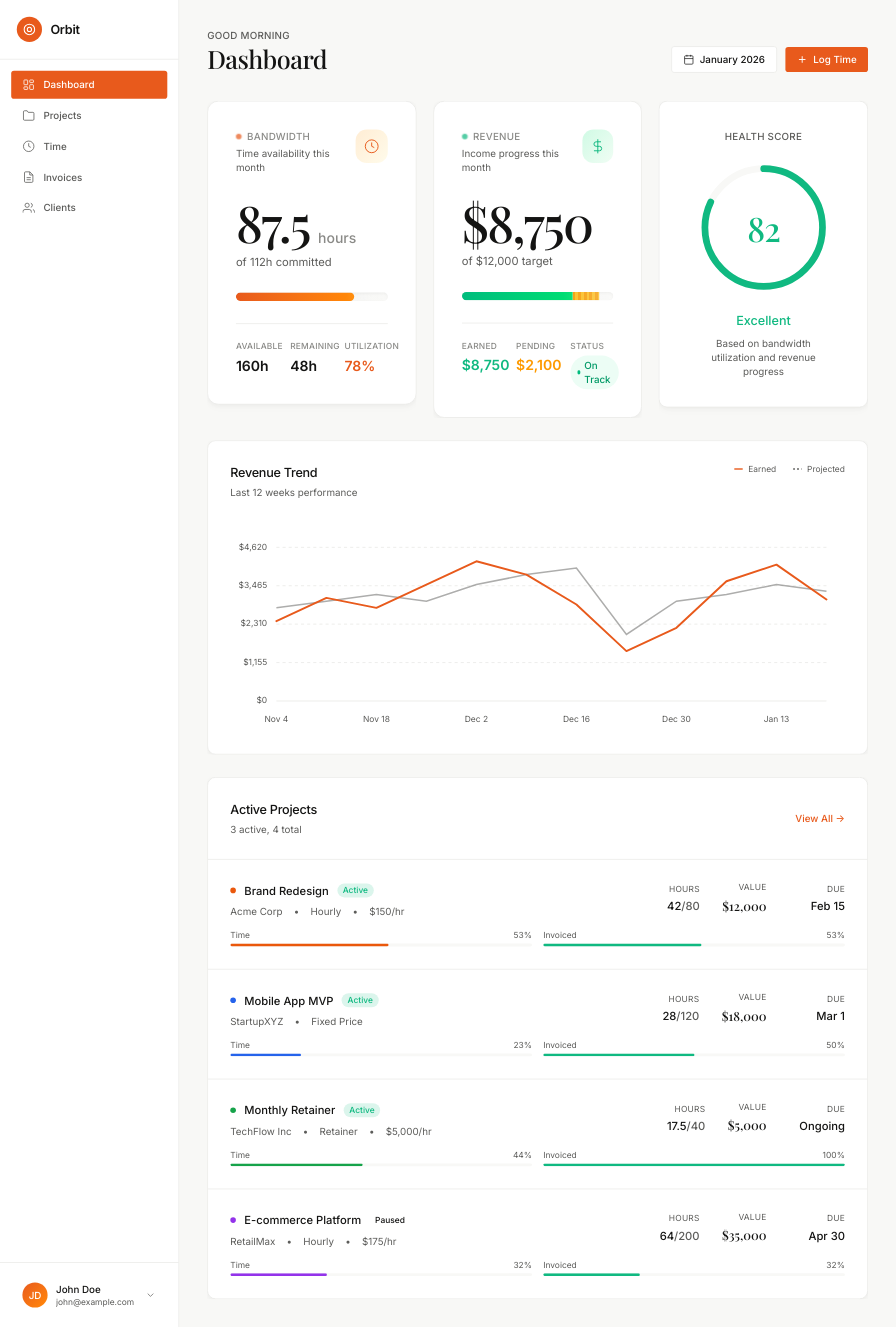
Repository: Zerraf-Badreddine/orbit
Page: /dashboard (app in frontend/)
The author's editor kept a copy of each file at every save. The page is drawn from the files as they stood at one save, then again after the next save.
The browser window is 1280 px wide. The pictures show the whole page, at 70% of full size.
Some web fonts or font styles are not loaded; a fallback is used. The project was rebuilt for these pictures with package versions that can differ from the ones it lists, and the page was loaded fresh each time. The framework's server and built-in components were replaced by stand-ins that run in the browser. Also part of the build but not shown: frontend/next.config.ts.

Above is the page before, as saved 2026-01-29 18:34:16.

### frontend/app/layout.tsx
import type { Metadata } from "next";
import { Inter, Playfair_Display } from "next/font/google";
import "./globals.css";
import { Providers } from "./providers";

const inter = Inter({
  subsets: ["latin"],
  variable: "--font-inter",
  display: "swap",
});

const playfair = Playfair_Display({
  subsets: ["latin"],
  variable: "--font-playfair",
  display: "swap",
});

export const metadata: Metadata = {
  title: "Orbit — Freelance Operating System",
  description: "Track your bandwidth and revenue with precision",
};

export default function RootLayout({
  children,
}: Readonly<{
  children: React.ReactNode;
}>) {
  return (
    <html lang="en" className={`${inter.variable} ${playfair.variable}`}>
      <body className="bg-[var(--color-bg-main)] text-[var(--color-text-primary)] antialiased">
        <Providers>
          {children}
        </Providers>
      </body>
    </html>
  );
}

### frontend/app/dashboard/page.tsx
"use client";

import { useQuery } from "@tanstack/react-query";
import { AnimatedReveal, StaggerReveal } from "@/components/AnimatedReveal";
import { BandwidthCard } from "@/components/BandwidthCard";
import { RevenueCard } from "@/components/RevenueCard";
import { HealthScore } from "@/components/HealthScore";
import { ProjectList } from "@/components/ProjectList";
import { RevenueChart } from "@/components/RevenueChart";
import {
  fetchDashboardSummary,
  fetchProjects,
  fetchRevenueChart,
} from "@/lib/mockData";

export default function DashboardPage() {
  const { data: summary, isLoading: summaryLoading } = useQuery({
    queryKey: ["dashboard-summary"],
    queryFn: fetchDashboardSummary,
  });

  const { data: projects, isLoading: projectsLoading } = useQuery({
    queryKey: ["projects"],
    queryFn: fetchProjects,
  });

  const { data: chartData, isLoading: chartLoading } = useQuery({
    queryKey: ["revenue-chart"],
    queryFn: fetchRevenueChart,
  });

  if (summaryLoading || projectsLoading || chartLoading) {
    return (
      <div className="h-full flex items-center justify-center">
        <div className="flex flex-col items-center gap-4">
          <div className="w-8 h-8 border-2 border-[var(--color-accent-primary)] border-t-transparent rounded-full animate-spin" />
          <p className="text-[var(--color-text-secondary)] text-sm">Loading...</p>
        </div>
      </div>
    );
  }

  if (!summary || !projects || !chartData) return null;

  const greeting = getGreeting();
  function getGreeting(): string {
    const hour = new Date().getHours();
    if (hour < 12) return "Good morning";
    if (hour < 18) return "Good afternoon";
    return "Good evening";
  }

  return (
    <div className="p-6 lg:p-10">
      {/* Header */}
      <AnimatedReveal delay={0}>
        <header className="mb-10">
          <p className="text-[var(--color-text-secondary)] text-sm font-medium tracking-wide uppercase mb-1">
            {greeting}
          </p>
          <div className="flex flex-col lg:flex-row lg:items-end lg:justify-between gap-4">
            <h1 className="text-3xl lg:text-4xl font-serif tracking-tight">
              Dashboard
            </h1>
            <div className="flex items-center gap-3">
              <button className="flex items-center gap-2 px-4 py-2 bg-[var(--color-bg-surface)] border border-[var(--color-border-subtle)] rounded text-sm font-medium hover:border-[var(--color-text-secondary)] transition-colors">
                <svg width="16" height="16" viewBox="0 0 24 24" fill="none" stroke="currentColor" strokeWidth="1.5">
                  <rect x="3" y="4" width="18" height="18" rx="2" ry="2" />
                  <line x1="16" y1="2" x2="16" y2="6" />
                  <line x1="8" y1="2" x2="8" y2="6" />
                  <line x1="3" y1="10" x2="21" y2="10" />
                </svg>
                {summary.period.label}
              </button>
              <button className="flex items-center gap-2 px-4 py-2 bg-[var(--color-accent-primary)] text-white rounded text-sm font-medium hover:bg-[var(--color-accent-hover)] transition-colors">
                <svg width="16" height="16" viewBox="0 0 24 24" fill="none" stroke="currentColor" strokeWidth="2">
                  <line x1="12" y1="5" x2="12" y2="19" />
                  <line x1="5" y1="12" x2="19" y2="12" />
                </svg>
                Log Time
              </button>
            </div>
          </div>
        </header>
      </AnimatedReveal>

      {/* Summary Cards */}
      <div className="grid grid-cols-1 lg:grid-cols-3 gap-6 mb-8">
        <AnimatedReveal delay={0.1}>
          <BandwidthCard
            hoursAvailable={summary.bandwidth.hoursAvailable}
            hoursCommitted={summary.bandwidth.hoursCommitted}
            hoursLogged={summary.bandwidth.hoursLogged}
            utilizationPercentage={summary.bandwidth.utilizationPercentage}
          />
        </AnimatedReveal>
        <AnimatedReveal delay={0.2}>
          <RevenueCard
            targetAmount={summary.revenue.targetAmount}
            earnedAmount={summary.revenue.earnedAmount}
            pendingAmount={summary.revenue.pendingAmount}
            currency={summary.revenue.currency}
          />
        </AnimatedReveal>
        <AnimatedReveal delay={0.3}>
          <HealthScore score={summary.healthScore} />
        </AnimatedReveal>
      </div>

      {/* Revenue Chart */}
      <AnimatedReveal delay={0.4} className="mb-8">
        <RevenueChart data={chartData} />
      </AnimatedReveal>

      {/* Projects List */}
      <AnimatedReveal delay={0.5}>
        <StaggerReveal stagger={0.08} baseDelay={0.6}>
          <ProjectList projects={projects} />
        </StaggerReveal>
      </AnimatedReveal>
    </div>
  );
}

### frontend/app/providers.tsx
"use client";

import { QueryClient, QueryClientProvider } from "@tanstack/react-query";
import { useState } from "react";

export function Providers({ children }: { children: React.ReactNode }) {
  const [queryClient] = useState(
    () =>
      new QueryClient({
        defaultOptions: {
          queries: {
            staleTime: 60 * 1000,
            refetchOnWindowFocus: false,
          },
        },
      })
  );

  return (
    <QueryClientProvider client={queryClient}>{children}</QueryClientProvider>
  );
}

### frontend/components/AnimatedReveal.tsx
"use client";

import { useEffect, useRef, ReactNode } from "react";
import gsap from "gsap";

interface AnimatedRevealProps {
  children: ReactNode;
  delay?: number;
  duration?: number;
  y?: number;
  className?: string;
}

export function AnimatedReveal({
  children,
  delay = 0,
  duration = 0.8,
  y = 60,
  className = "",
}: AnimatedRevealProps) {
  const containerRef = useRef<HTMLDivElement>(null);
  const contentRef = useRef<HTMLDivElement>(null);

  useEffect(() => {
    if (!containerRef.current || !contentRef.current) return;

    gsap.fromTo(
      contentRef.current,
      {
        y: y,
        opacity: 0,
      },
      {
        y: 0,
        opacity: 1,
        duration: duration,
        delay: delay,
        ease: "power3.out",
      }
    );
  }, [delay, duration, y]);

  return (
    <div ref={containerRef} className={`overflow-hidden ${className}`}>
      <div ref={contentRef} style={{ opacity: 0 }}>
        {children}
      </div>
    </div>
  );
}

interface StaggerRevealProps {
  children: ReactNode[];
  stagger?: number;
  baseDelay?: number;
  className?: string;
}

export function StaggerReveal({
  children,
  stagger = 0.1,
  baseDelay = 0.2,
  className = "",
}: StaggerRevealProps) {
  const containerRef = useRef<HTMLDivElement>(null);

  useEffect(() => {
    if (!containerRef.current) return;

    const items = containerRef.current.querySelectorAll(".stagger-item");

    gsap.fromTo(
      items,
      {
        y: 40,
        opacity: 0,
      },
      {
        y: 0,
        opacity: 1,
        duration: 0.6,
        stagger: stagger,
        delay: baseDelay,
        ease: "power3.out",
      }
    );
  }, [stagger, baseDelay]);

  return (
    <div ref={containerRef} className={className}>
      {children}
    </div>
  );
}

### frontend/components/HealthScore.tsx
"use client";

import { useEffect, useRef } from "react";
import gsap from "gsap";

interface HealthScoreProps {
  score: number;
}

export function HealthScore({ score }: HealthScoreProps) {
  const circleRef = useRef<SVGCircleElement>(null);
  const numberRef = useRef<HTMLSpanElement>(null);

  const radius = 70;
  const circumference = 2 * Math.PI * radius;
  const strokeDashoffset = circumference - (score / 100) * circumference;

  // Determine color based on score
  const getScoreColor = () => {
    if (score >= 80) return "var(--color-success)";
    if (score >= 60) return "var(--color-warning)";
    return "var(--color-accent-primary)";
  };

  const getScoreLabel = () => {
    if (score >= 80) return "Excellent";
    if (score >= 60) return "Good";
    if (score >= 40) return "Needs Attention";
    return "Critical";
  };

  useEffect(() => {
    if (!circleRef.current || !numberRef.current) return;

    // Animate circle drawing
    gsap.fromTo(
      circleRef.current,
      { strokeDashoffset: circumference },
      {
        strokeDashoffset: strokeDashoffset,
        duration: 1.5,
        delay: 0.5,
        ease: "power3.out",
      }
    );

    // Animate number counting
    gsap.fromTo(
      { value: 0 },
      { value: score },
      {
        duration: 1.5,
        delay: 0.5,
        ease: "power3.out",
        onUpdate: function () {
          if (numberRef.current) {
            numberRef.current.textContent = Math.round(this.targets()[0].value).toString();
          }
        },
      }
    );
  }, [score, circumference, strokeDashoffset]);

  return (
    <div className="card p-8 lg:p-10 flex flex-col items-center justify-center text-center">
      <p className="text-[var(--color-text-secondary)] text-sm font-medium tracking-wide uppercase mb-6">
        Health Score
      </p>

      {/* Circular Progress */}
      <div className="relative w-48 h-48 mb-6">
        <svg
          className="w-full h-full transform -rotate-90"
          viewBox="0 0 160 160"
        >
          {/* Background circle */}
          <circle
            cx="80"
            cy="80"
            r={radius}
            fill="none"
            stroke="var(--color-bg-main)"
            strokeWidth="8"
          />
          {/* Progress circle */}
          <circle
            ref={circleRef}
            cx="80"
            cy="80"
            r={radius}
            fill="none"
            stroke={getScoreColor()}
            strokeWidth="8"
            strokeLinecap="round"
            strokeDasharray={circumference}
            strokeDashoffset={circumference}
          />
        </svg>

        {/* Center content */}
        <div className="absolute inset-0 flex flex-col items-center justify-center">
          <span
            ref={numberRef}
            className="font-serif text-5xl tracking-tighter"
            style={{ color: getScoreColor() }}
          >
            0
          </span>
        </div>
      </div>

      <p
        className="text-lg font-medium"
        style={{ color: getScoreColor() }}
      >
        {getScoreLabel()}
      </p>
      <p className="text-[var(--color-text-secondary)] text-sm mt-2 max-w-[200px]">
        Based on bandwidth utilization and revenue progress
      </p>
    </div>
  );
}

### frontend/lib/mockData.ts
// Mock data for Orbit Dashboard

export interface DashboardSummary {
  period: {
    start: string;
    end: string;
    label: string;
  };
  bandwidth: {
    hoursAvailable: number;
    hoursCommitted: number;
    hoursLogged: number;
    utilizationPercentage: number;
  };
  revenue: {
    targetAmount: number;
    earnedAmount: number;
    pendingAmount: number;
    currency: string;
  };
  healthScore: number;
}

export interface Project {
  id: string;
  name: string;
  client: {
    id: string;
    name: string;
    avatarUrl?: string;
  };
  status: "active" | "completed" | "paused" | "archived";
  billingType: "hourly" | "fixed" | "retainer";
  rate: number;
  currency: string;
  hoursLogged: number;
  hoursEstimated: number;
  deadline: string | null;
  totalValue: number;
  invoicedAmount: number;
  color: string;
}

export interface RevenueDataPoint {
  date: string;
  earned: number;
  projected: number;
}

// Dashboard Summary Mock
export const dashboardSummary: DashboardSummary = {
  period: {
    start: "2026-01-01",
    end: "2026-01-31",
    label: "January 2026",
  },
  bandwidth: {
    hoursAvailable: 160,
    hoursCommitted: 112,
    hoursLogged: 87.5,
    utilizationPercentage: 78.125,
  },
  revenue: {
    targetAmount: 12000.0,
    earnedAmount: 8750.0,
    pendingAmount: 2100.0,
    currency: "USD",
  },
  healthScore: 82,
};

// Projects Mock
export const projects: Project[] = [
  {
    id: "proj_a1b2c3d4",
    name: "Brand Redesign",
    client: {
      id: "cli_x1y2z3",
      name: "Acme Corp",
    },
    status: "active",
    billingType: "hourly",
    rate: 150.0,
    currency: "USD",
    hoursLogged: 42,
    hoursEstimated: 80,
    deadline: "2026-02-15",
    totalValue: 12000,
    invoicedAmount: 6300,
    color: "#EA580C",
  },
  {
    id: "proj_e5f6g7h8",
    name: "Mobile App MVP",
    client: {
      id: "cli_a4b5c6",
      name: "StartupXYZ",
    },
    status: "active",
    billingType: "fixed",
    rate: 0,
    currency: "USD",
    hoursLogged: 28,
    hoursEstimated: 120,
    deadline: "2026-03-01",
    totalValue: 18000,
    invoicedAmount: 9000,
    color: "#2563EB",
  },
  {
    id: "proj_i9j0k1l2",
    name: "Monthly Retainer",
    client: {
      id: "cli_d7e8f9",
      name: "TechFlow Inc",
    },
    status: "active",
    billingType: "retainer",
    rate: 5000,
    currency: "USD",
    hoursLogged: 17.5,
    hoursEstimated: 40,
    deadline: null,
    totalValue: 5000,
    invoicedAmount: 5000,
    color: "#16A34A",
  },
  {
    id: "proj_m3n4o5p6",
    name: "E-commerce Platform",
    client: {
      id: "cli_g1h2i3",
      name: "RetailMax",
    },
    status: "paused",
    billingType: "hourly",
    rate: 175.0,
    currency: "USD",
    hoursLogged: 64,
    hoursEstimated: 200,
    deadline: "2026-04-30",
    totalValue: 35000,
    invoicedAmount: 11200,
    color: "#9333EA",
  },
];

// Revenue Chart Data (Last 12 weeks)
export const revenueChartData: RevenueDataPoint[] = [
  { date: "Nov 4", earned: 2400, projected: 2800 },
  { date: "Nov 11", earned: 3100, projected: 3000 },
  { date: "Nov 18", earned: 2800, projected: 3200 },
  { date: "Nov 25", earned: 3500, projected: 3000 },
  { date: "Dec 2", earned: 4200, projected: 3500 },
  { date: "Dec 9", earned: 3800, projected: 3800 },
  { date: "Dec 16", earned: 2900, projected: 4000 },
  { date: "Dec 23", earned: 1500, projected: 2000 },
  { date: "Dec 30", earned: 2200, projected: 3000 },
  { date: "Jan 6", earned: 3600, projected: 3200 },
  { date: "Jan 13", earned: 4100, projected: 3500 },
  { date: "Jan 20", earned: 3050, projected: 3300 },
];

// API simulation functions
export const fetchDashboardSummary = async (): Promise<DashboardSummary> => {
  await new Promise((resolve) => setTimeout(resolve, 300));
  return dashboardSummary;
};

export const fetchProjects = async (): Promise<Project[]> => {
  await new Promise((resolve) => setTimeout(resolve, 400));
  return projects;
};

export const fetchRevenueChart = async (): Promise<RevenueDataPoint[]> => {
  await new Promise((resolve) => setTimeout(resolve, 350));
  return revenueChartData;
};

Loaded but not shown: frontend/app/globals.css (475 lines, source omitted); frontend/components/ProjectList.tsx (186 lines, source omitted); frontend/components/RevenueChart.tsx (221 lines, source omitted); frontend/app/dashboard/layout.tsx (167 lines, source omitted); frontend/components/RevenueCard.tsx (163 lines, source omitted); frontend/components/BandwidthCard.tsx (126 lines, source omitted)

After the next save:
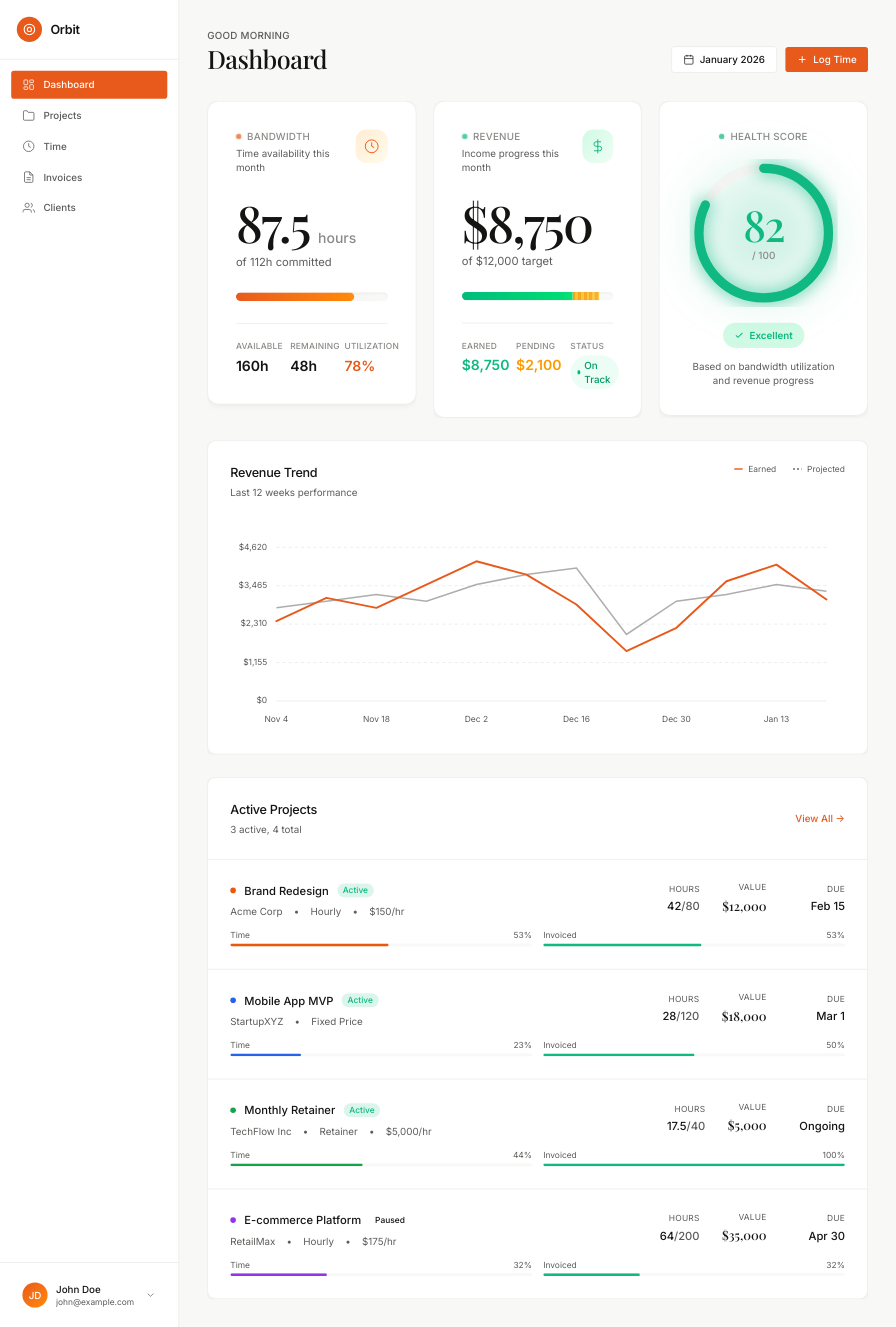
Saved 2 s later.
--- a/frontend/components/HealthScore.tsx
+++ b/frontend/components/HealthScore.tsx
@@ -9,17 +9,18 @@ interface HealthScoreProps {
 
 export function HealthScore({ score }: HealthScoreProps) {
   const circleRef = useRef<SVGCircleElement>(null);
+  const glowRef = useRef<SVGCircleElement>(null);
   const numberRef = useRef<HTMLSpanElement>(null);
+  const containerRef = useRef<HTMLDivElement>(null);
 
   const radius = 70;
   const circumference = 2 * Math.PI * radius;
   const strokeDashoffset = circumference - (score / 100) * circumference;
 
-  // Determine color based on score
   const getScoreColor = () => {
-    if (score >= 80) return "var(--color-success)";
-    if (score >= 60) return "var(--color-warning)";
-    return "var(--color-accent-primary)";
+    if (score >= 80) return { main: "#10B981", light: "#D1FAE5", gradient: "from-emerald-500 to-green-400" };
+    if (score >= 60) return { main: "#F59E0B", light: "#FEF3C7", gradient: "from-amber-500 to-yellow-400" };
+    return { main: "#EF4444", light: "#FEE2E2", gradient: "from-red-500 to-orange-400" };
   };
 
   const getScoreLabel = () => {
@@ -28,6 +29,8 @@ export function HealthScore({ score }: HealthScoreProps) {
     if (score >= 40) return "Needs Attention";
     return "Critical";
   };
+
+  const colors = getScoreColor();
 
   useEffect(() => {
     if (!circleRef.current || !numberRef.current) return;
@@ -38,19 +41,34 @@ export function HealthScore({ score }: HealthScoreProps) {
       { strokeDashoffset: circumference },
       {
         strokeDashoffset: strokeDashoffset,
-        duration: 1.5,
-        delay: 0.5,
+        duration: 1.8,
+        delay: 0.4,
         ease: "power3.out",
       }
     );
+
+    // Animate glow
+    if (glowRef.current) {
+      gsap.fromTo(
+        glowRef.current,
+        { strokeDashoffset: circumference, opacity: 0 },
+        {
+          strokeDashoffset: strokeDashoffset,
+          opacity: 0.5,
+          duration: 1.8,
+          delay: 0.4,
+          ease: "power3.out",
+        }
+      );
+    }
 
     // Animate number counting
     gsap.fromTo(
       { value: 0 },
       { value: score },
       {
-        duration: 1.5,
-        delay: 0.5,
+        duration: 1.8,
+        delay: 0.4,
         ease: "power3.out",
         onUpdate: function () {
           if (numberRef.current) {
@@ -59,28 +77,63 @@ export function HealthScore({ score }: HealthScoreProps) {
         },
       }
     );
+
+    // Subtle pulse animation on the container
+    gsap.to(containerRef.current, {
+      scale: 1.02,
+      duration: 2,
+      repeat: -1,
+      yoyo: true,
+      ease: "sine.inOut"
+    });
   }, [score, circumference, strokeDashoffset]);
 
   return (
-    <div className="card p-8 lg:p-10 flex flex-col items-center justify-center text-center">
-      <p className="text-[var(--color-text-secondary)] text-sm font-medium tracking-wide uppercase mb-6">
-        Health Score
-      </p>
+    <div className="group relative overflow-hidden rounded-2xl bg-white border border-[var(--color-border-subtle)] p-8 lg:p-10 shadow-[var(--shadow-card)] hover:shadow-[var(--shadow-card-hover)] transition-all duration-300 flex flex-col items-center justify-center text-center">
+      {/* Gradient overlay on hover */}
+      <div className={`absolute inset-0 bg-gradient-to-br ${colors.gradient} opacity-0 group-hover:opacity-5 transition-opacity duration-500`} />
+
+      {/* Header */}
+      <div className="relative mb-6">
+        <div className="flex items-center gap-2 justify-center">
+          <div className="w-2 h-2 rounded-full animate-pulse" style={{ backgroundColor: colors.main }} />
+          <p className="text-[var(--color-text-muted)] text-sm font-medium tracking-wide uppercase">
+            Health Score
+          </p>
+        </div>
+      </div>
 
       {/* Circular Progress */}
-      <div className="relative w-48 h-48 mb-6">
-        <svg
-          className="w-full h-full transform -rotate-90"
-          viewBox="0 0 160 160"
-        >
+      <div ref={containerRef} className="relative w-52 h-52 mb-6">
+        {/* Background glow */}
+        <div
+          className="absolute inset-4 rounded-full blur-2xl opacity-20"
+          style={{ backgroundColor: colors.main }}
+        />
+
+        <svg className="w-full h-full transform -rotate-90" viewBox="0 0 160 160">
           {/* Background circle */}
           <circle
             cx="80"
             cy="80"
             r={radius}
             fill="none"
-            stroke="var(--color-bg-main)"
-            strokeWidth="8"
+            stroke="var(--color-bg-muted)"
+            strokeWidth="10"
+          />
+          {/* Glow circle */}
+          <circle
+            ref={glowRef}
+            cx="80"
+            cy="80"
+            r={radius}
+            fill="none"
+            stroke={colors.main}
+            strokeWidth="16"
+            strokeLinecap="round"
+            strokeDasharray={circumference}
+            strokeDashoffset={circumference}
+            filter="blur(8px)"
           />
           {/* Progress circle */}
           <circle
@@ -89,8 +142,8 @@ export function HealthScore({ score }: HealthScoreProps) {
             cy="80"
             r={radius}
             fill="none"
-            stroke={getScoreColor()}
-            strokeWidth="8"
+            stroke={colors.main}
+            strokeWidth="10"
             strokeLinecap="round"
             strokeDasharray={circumference}
             strokeDashoffset={circumference}
@@ -101,21 +154,33 @@ export function HealthScore({ score }: HealthScoreProps) {
         <div className="absolute inset-0 flex flex-col items-center justify-center">
           <span
             ref={numberRef}
-            className="font-serif text-5xl tracking-tighter"
-            style={{ color: getScoreColor() }}
+            className="font-serif text-6xl tracking-tighter"
+            style={{ color: colors.main }}
           >
             0
+          </span>
+          <span className="text-[var(--color-text-muted)] text-sm font-medium mt-1">
+            / 100
           </span>
         </div>
       </div>
 
-      <p
-        className="text-lg font-medium"
-        style={{ color: getScoreColor() }}
+      {/* Label */}
+      <div
+        className="inline-flex items-center gap-2 px-4 py-2 rounded-full text-sm font-semibold"
+        style={{ backgroundColor: colors.light, color: colors.main }}
       >
+        <svg width="14" height="14" viewBox="0 0 24 24" fill="none" stroke="currentColor" strokeWidth="2.5">
+          {score >= 60 ? (
+            <polyline points="20 6 9 17 4 12" />
+          ) : (
+            <path d="M12 9v4m0 4h.01" />
+          )}
+        </svg>
         {getScoreLabel()}
-      </p>
-      <p className="text-[var(--color-text-secondary)] text-sm mt-2 max-w-[200px]">
+      </div>
+
+      <p className="text-[var(--color-text-secondary)] text-sm mt-4 max-w-[220px]">
         Based on bandwidth utilization and revenue progress
       </p>
     </div>
